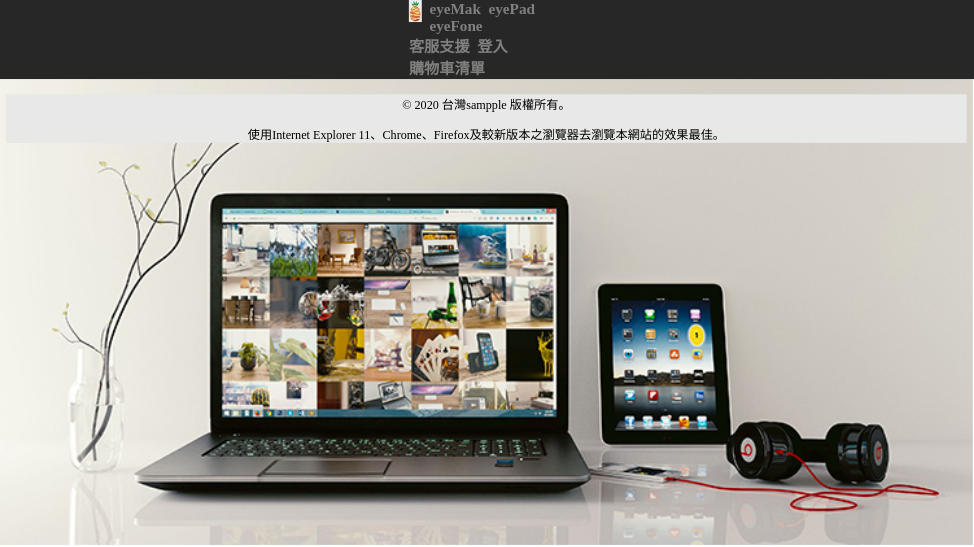
Repository: Vincent4142/NewFinalProject
Page: http://localhost/FinalProject/
An editor plug-in stored every save of this project. The page is shown before and after the next save, followed by the edit.
The browser window is 1280 px wide. The page is 1282 px wide, so the pictures cover 1282 px, including what lies to the right of the window. The pictures show the whole page, at 76% of full size.
The page is served by Tomcat 9. Other server files are loaded and not shown.

Above is the page before, as saved 2020-04-09 06:16:47.

### FinalProject/WebContent/index.jsp
<%@ page language="java" contentType="text/html; charset=UTF-8"
	pageEncoding="UTF-8"%>

<!DOCTYPE html>
<html>
<head>
<meta charset="UTF-8">
<title>index</title>
<style type="text/css">
body {
	background-image: url(img/indexbackground.jpg);
	background-repeat: no-repeat;
	background-size: cover;
}


</style>
</head>
<body>

	<%@ include file="fragment/indexTOP.jsp"%>


	<div id="content">

	</div>




	<%@ include file="fragment/indexBOTTOM.jsp"%>
</body>
</html>

### FinalProject/WebContent/fragment/indexTOP.jsp
<%@ page language="java" contentType="text/html; charset=UTF-8"
	pageEncoding="UTF-8"%>
<!DOCTYPE html>
<html>
<head>
<meta charset="UTF-8">
<title>indexTOP</title>

<style type="text/css">
.nav {
	padding-left:500px;
	padding-right:500px;
	margin-top: -20px;
	margin-left: -10px;
	margin-right: -10px;
	background-color: #272727;
}
/* 主UL */
.navul {

	list-style-type: none;
	font-weight: bolder;
	font-size: 20px;
	overflow: auto;
}

.navul li {
	border-radius: 5px;
	margin-left: 0px;
	margin-right: 10px;
	float: left;
	display: block;
	position: static;
}

.navul li a {
	text-decoration: none;
	color: gray;
}

.navul li a:hover {
	color: white;
}

#navright {
	float: right;
}
</style>

</head>
<body>

	<nav class="nav" style="text-align: center;">

		<ul class="navul">
			<li><a href="index.jsp"><img alt="logo" src="img/pineapple.jpg"></a></li>
			<li><a href="eyeMakPage.jsp">eyeMak</a></li>
			<li><a href="eyePadPage.jsp">eyePad</a></li>
			<li><a href="eyeFonePage.jsp">eyeFone</a></li>

			<div id="navright">
				<li><a href="customerServicePage.jsp">客服支援</a></li>
				<li><a href="LoginPage.jsp">登入</a></li>
				<li><a href="shoppingcartPage.jsp">購物車清單</a></li>
			</div>
		</ul>

	</nav>

</body>
</html>

### FinalProject/WebContent/fragment/indexBOTTOM.jsp
<%@ page language="java" contentType="text/html; charset=UTF-8"
    pageEncoding="UTF-8"%>
<!DOCTYPE html>
<html>
<head>
<meta charset="UTF-8">
<title>indexBOTTOM</title>

<style type="text/css">

	#bottom{
		background-color:#E8E8E8;
		text-align: center;

	}

</style>

</head>
<body>
	<div id="bottom">
		<p>© 2020 台灣sampple 版權所有。</p>

		<p>使用Internet Explorer 11、Chrome、Firefox及較新版本之瀏覽器去瀏覽本網站的效果最佳。</p>
	</div>
</body>
</html>

After the next save:
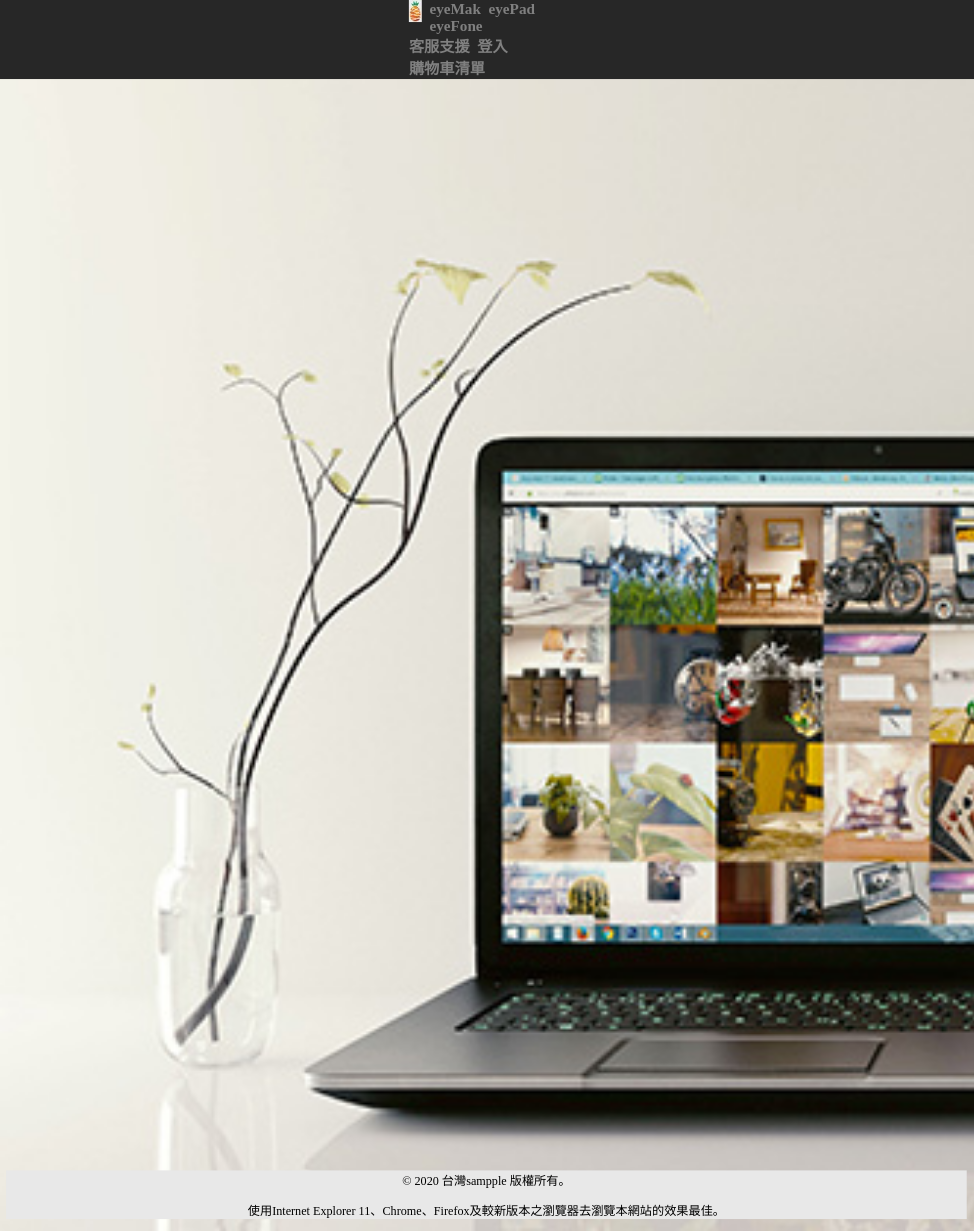
Saved 36 s later.
--- a/FinalProject/WebContent/index.jsp
+++ b/FinalProject/WebContent/index.jsp
@@ -12,7 +12,9 @@
 	background-repeat: no-repeat;
 	background-size: cover;
 }
-
+#content{
+	height: 1400px;
+}
 
 </style>
 </head>
